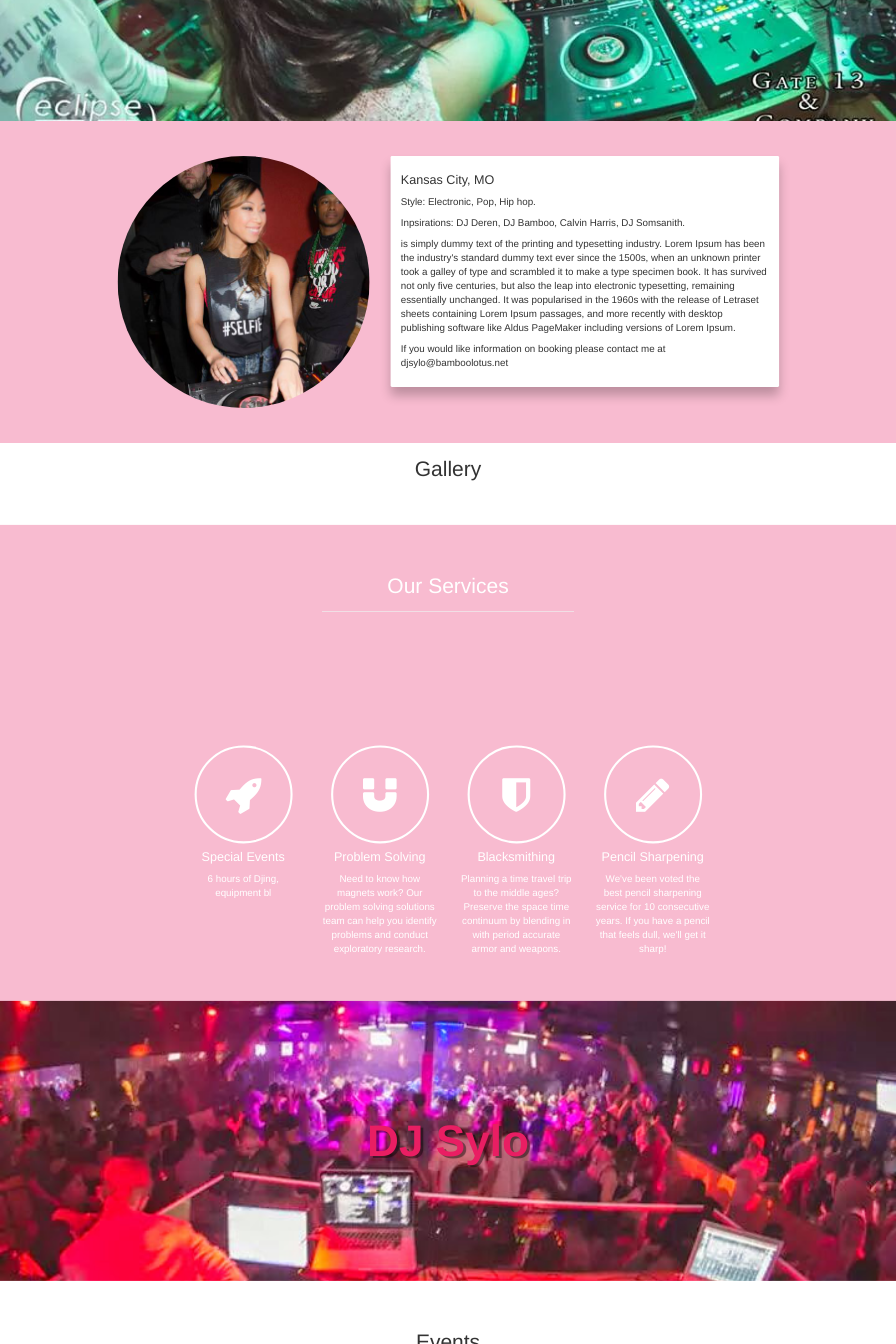
Repository: BambooXLotus/DjSylo
Page: client/index.html
The author's editor kept a record of every edit. The page is drawn from the files as they stood at one moment, then again after the next edit.
The browser window is 1280 px wide. The pictures show the part of the page from y = 547 to 2467 px (the page is 4263 px tall before and 4329 px after), at 70% of full size.
Pictures or frames that could not be fetched are drawn as grey boxes. Some icons come from a web library that is not loaded, so they are not drawn. Backgrounds fixed to the window are drawn as part of the page. Some web libraries are served in a nearby version.

Above is the page before.
Not found: client/less.js

### client/index.html
<!DOCTYPE html>
<html lang="en">

<head>
    <meta charset="utf-8">
    <meta name="viewport" content="width=device-width, initial-scale=1.0">
    <meta name="description" content="">
    <meta name="author" content="">
    <title>DJ Sylo</title>
    <!-- Bootstrap core CSS
        -->
    <link href="css/bootstrap.css" rel="stylesheet">
    <!-- Add custom CSS here -->
    <script src="less.js" type="text/javascript"></script>
    <link href="css/stylish-portfolio.css" rel="stylesheet">
    <link href="//maxcdn.bootstrapcdn.com/font-awesome/4.1.0/css/font-awesome.min.css" rel="stylesheet">
    <link href="css/nanogallery.min.css" rel="stylesheet" type="text/css">
</head>

<body>
    <!-- Side Menu -->
    <nav class="navbar navbar-fixed-top navbar-inverse" role="navigation">
        <div class="container">
            <div class="navbar-header">
                <button type="button" class="navbar-toggle" data-toggle="collapse" data-target=".navbar-ex1-collapse">
                    <span class="sr-only">Toggle navigation</span>
                    <span class="icon-bar"></span>
                    <span class="icon-bar"></span>
                    <span class="icon-bar"></span>
                </button>
                <a class="navbar-brand" href="index.php">DJ <b>Sylo</b></a>
            </div>
            <!-- Collect the nav links, forms, and other content for toggling -->
            <div class="collapse navbar-collapse navbar-ex1-collapse">
                <ul class="nav navbar-nav">
                    <li>
                        <a href="#top">Home</a>
                    </li>
                    <li>
                        <a href="#about">About</a>
                    </li>
                    <li>
                        <a href="#gallery">Gallery</a>
                    </li>
                    <li>
                        <a href="#services">Events</a>
                    </li>
                    <li>
                        <a href="#portfolio">Equipment</a>
                    </li>
                    <li>
                        <a href="#portfolio">Discography</a>
                    </li>
                    <li>
                        <a href="#contact">Contact</a>
                    </li>
                </ul>
            </div>
            <!-- /.navbar-collapse -->
        </div>
        <!-- /.container -->
    </nav>
    <!-- /Side Menu -->
    <!-- Full Page Image Header Area -->
    <div id="top" class="header">
        <div class="vert-text">
            <div class="hero">
                <h1>DJ <b>Sylo</b></h1>
                <a href="#contact" class="btn btn-lg btn-default">Contact</a>
            </div>
        </div>
    </div>
    <!-- /Full Page Image Header Area -->
    <!-- Intro -->
    <div id="about" class="about">
        <div class="container">
            <div class="row">
                <div class="col-md-4 col-md-offset-1">
                    <img class="img-circle img-responsive" src="img/portrait-sm.jpg">
                </div>
                <div class="col-md-6 col-xs-12">
                    <div class="panel panel-default dialog">
                    <div class="panel-header">

                    </div>
                        <div class="panel-body">
                            <h4>Kansas City, MO</h4>
                            <p>Style: Electronic, Pop, Hip hop.</p>
                            <p>Inpsirations: DJ Deren, DJ Bamboo, Calvin Harris, DJ Somsanith.</p>
                            <p>is simply dummy text of the printing and typesetting industry. Lorem Ipsum has been the industry's standard dummy text ever since the 1500s, when an unknown printer took a galley of type and scrambled it to make a type specimen
                                book. It has survived not only five centuries, but also the leap into electronic typesetting, remaining essentially unchanged. It was popularised in the 1960s with the release of Letraset sheets containing Lorem Ipsum passages,
                                and more recently with desktop publishing software like Aldus PageMaker including versions of Lorem Ipsum.</p>

                            <p>If you would like information on booking please contact me at djsylo@bamboolotus.net</p>
                        </div>
                    </div>
                </div>
            </div>
        </div>
    </div>
    <!-- /Intro -->
    <!-- Gallery -->
    <div id="gallery" class="gallery">
        <div class="container">
            <div class="row">
                <div class="col-md-6 col-md-offset-3 text-center">
                    <h2>Gallery</h2>
                </div>
            </div>
            <div class="row">
                <div class="col-md-10 col-md-offset-1 col-xs-12 text-center">
                    <div id="nanoGallery2"></div>
                </div>
            </div>
        </div>
    </div>
    <!-- /Gallery -->
    <!-- Services -->
    <div id="services" class="services">
        <div class="container">
            <div class="row">
                <div class="col-md-4 col-md-offset-4 text-center">
                    <h2>Our Services</h2>
                    <hr>
                </div>
            </div>
            <div class="row">
                <div class="col-md-offset-3 col-md-6">
                    <iframe width="100%" height="166" scrolling="no" frameborder="no" src="https://w.soundcloud.com/player/?url=https%3A//api.soundcloud.com/tracks/160960689&amp;color=ff5500&amp;auto_play=false&amp;hide_related=false&amp;show_comments=true&amp;show_user=true&amp;show_reposts=false"></iframe>
                </div>
            </div>
            <div class="row">
                <div class="col-md-2 col-md-offset-2 text-center">
                    <div class="service-item">
                        <i class="service-icon fa fa-rocket"></i>
                        <h4>Special Events</h4>
                        <p>6 hours of Djing, equipment bl</p>
                    </div>
                </div>
                <div class="col-md-2 text-center">
                    <div class="service-item">
                        <i class="service-icon fa fa-magnet"></i>
                        <h4>Problem Solving</h4>
                        <p>Need to know how magnets work? Our problem solving solutions team can help you identify problems and conduct exploratory research.</p>
                    </div>
                </div>
                <div class="col-md-2 text-center">
                    <div class="service-item">
                        <i class="service-icon fa fa-shield"></i>
                        <h4>Blacksmithing</h4>
                        <p>Planning a time travel trip to the middle ages? Preserve the space time continuum by blending in with period accurate armor and weapons.</p>
                    </div>
                </div>
                <div class="col-md-2 text-center">
                    <div class="service-item">
                        <i class="service-icon fa fa-pencil"></i>
                        <h4>Pencil Sharpening</h4>
                        <p>We've been voted the best pencil sharpening service for 10 consecutive years. If you have a pencil that feels dull, we'll get it sharp!</p>
                    </div>
                </div>
            </div>
        </div>
    </div>
    <!-- /Services -->
    <!-- Callout -->
    <div class="callout">
        <div class="vert-text">
            <h1>DJ Sylo</h1>
        </div>
    </div>
    <!-- /Callout -->
    <!-- Portfolio -->
    <div id="portfolio" class="portfolio">
        <div class="container">
            <div class="row">
                <div class="col-md-4 col-md-offset-4 text-center">
                    <h2>Events</h2>
                    <hr>
                </div>
            </div>
            <div class="row">
                <div class="col-md-4 col-md-offset-2 text-center">
                    <div class="portfolio-item">
                        <a href="#">

                            <img class="img-portfolio img-responsive" src="img/portfolio-1.jpg">

                        </a>
                        <h4>A Club Name 9/13/2013</h4>
                    </div>
                </div>
                <div class="col-md-4 text-center">
                    <div class="portfolio-item">
                        <a href="#">

                            <img class="img-portfolio img-responsive" src="img/portfolio-2.jpg">

                        </a>
                        <h4>Jokers 2014</h4>
                    </div>
                </div>
            </div>
            <div class="row">
                <div class="col-md-4 col-md-offset-2 text-center">
                    <div class="portfolio-item">
                        <a href="#">

                            <img class="img-portfolio img-responsive" src="img/portfolio-3.jpg">

                        </a>
                        <h4>Cafe Mood</h4>
                    </div>
                </div>
                <div class="col-md-4 text-center">
                    <div class="portfolio-item">
                        <a href="#">

                            <img class="img-portfolio img-responsive" src="img/portfolio-4.jpg">

                        </a>
                        <h4>Power and Light 2015</h4>
                    </div>
                </div>
            </div>
        </div>
    </div>
    <!-- /Portfolio -->
    <!-- Call to Action -->
    <div class="call-to-action">
        <div class="container">
            <div class="row">
                <div class="col-md-6 col-md-offset-3 text-center">
                    <h3>The buttons below are impossible to resist.</h3>
                    <a href="#" class="btn btn-lg btn-default">Click Me!</a>
                    <a href="#" class="btn btn-lg btn-primary">Look at Me!</a>
                </div>
            </div>
        </div>
    </div>
    <!-- /Call to Action -->
    <!-- Map -->
    <div id="contact">
        <div class="container">
            <div class="row">
                <div class="col-md-6 col-md-offset-3">
                    <h3>Contact</h3>
                    <hr>
                    <address>
                            <strong>Email:</strong>
                            <a href="mailto:#">djsylo@bamboolotus.net</a>
                            <br>
                            <br>
                            <strong>Phone:</strong>(515) 329-2323</address>
                </div>
            </div>
            <div>
                <div class="col-md-6 col-md-offset-3 contact-form">
                    <form id="contact" method="post" class="form" role="form">
                        <div class="row">
                            <div class="col-xs-6 col-md-6 form-group">
                                <input class="form-control" id="name" name="name" placeholder="Name" type="text" />
                            </div>
                            <div class="col-xs-6 col-md-6 form-group">
                                <input class="form-control" id="email" name="email" placeholder="Email" type="email" required />
                            </div>
                        </div>
                        <textarea class="form-control" id="message" name="message" placeholder="Message" rows="5"></textarea>
                        <br />
                        <div class="row">
                            <div class="col-xs-12 col-md-12 form-group">
                                <button class="btn btn-primary pull-right" type="submit">Submit</button>
                            </div>
                        </div>
                    </form>
                </div>
            </div>
        </div>
    </div>
    <!-- /Map -->
    <!-- Footer -->
    <footer>
        <div class="container">
            <div class="row">
                <div class="col-md-6 col-md-offset-3 text-center">
                    <ul class="list-inline">
                        <li>
                            <i class="fa fa-facebook fa-3x"></i>
                        </li>
                        <li>
                            <i class="fa fa-twitter fa-3x"></i>
                        </li>
                        <li>
                            <i class="fa fa-instagram fa-3x"></i>
                        </li>
                        <li>
                            <a class="fa fa-soundcloud fa-3x" href="https://soundcloud.com/bambooproduction/sets">
                                </i>
                        </li>
                    </ul>
                    <div class="top-scroll">
                        <a href="#top"><i class="fa fa-circle-arrow-up scroll fa-4x"></i></a>
                    </div>
                    <hr>
                    <p>Copyright &copy; Company 2013</p>
                </div>
            </div>
        </div>
    </footer>
    <!-- /Footer -->
    <!-- JavaScript -->
    <script src="js/jquery-1.10.2.js"></script>
    <script src="js/bootstrap.js"></script>

    <!-- nanoGALLERY plugin files -->
    <script type="text/javascript" src="js/jquery.nanogallery.min.js"></script>
    <!-- Custom JavaScript for the Side Menu and Smooth Scrolling
        -->
    <script>
        $("#menu-close").click(function(e) {
            e.preventDefault();
            $("#sidebar-wrapper").toggleClass("active");
        });
    </script>
    <script>
        $("#menu-toggle").click(function(e) {
            e.preventDefault();
            $("#sidebar-wrapper").toggleClass("active");
        });
    </script>
    <script>
        $(function() {
            $('a[href*=#]:not([href=#])').click(function() {
                if (location.pathname.replace(/^\//, '') == this.pathname.replace(/^\//, '') || location.hostname == this.hostname) {

                    var target = $(this.hash);
                    target = target.length ? target : $('[name=' + this.hash.slice(1) + ']');
                    if (target.length) {
                        $('html,body').animate({
                            scrollTop: target.offset().top
                        }, 1000);
                        return false;
                    }
                }
            });

            $("#nanoGallery2").nanoGallery({
                thumbnailWidth: 'auto',
                thumbnailHeight: 200,
                userID: 'derensomsanith@gmail.com',
                kind: 'picasa',
                album: '6020738059883313137',
                colorSchemeViewer: 'light',
                thumbnailHoverEffect: [{
                    name: 'labelAppear75',
                    duration: 300
                }],
                thumbnailGutterWidth: 1,
                thumbnailGutterHeight: 1,
                i18n: {
                    thumbnailImageDescription: 'View Photo',
                    thumbnailAlbumDescription: 'Open Album'
                },
                thumbnailLabel: {
                    display: true,
                    position: 'overImageOnMiddle',
                    align: 'center'
                },
                photoSorting: 'random',
                lazyBuild: 'loadData',
                lazyBuildTreshold: 300
            });

        });
    </script>
</body>

</html>

### client/css/stylish-portfolio.css
/* Global Styles */

html,
body {
  height: 100%;
  width: 100%;
}
h1 {
  color: #e91e63;
  text-shadow: 4px 4px 1px rgba(0, 0, 0, 0.45);
}
h3 {
  color: #e91e63;
  text-shadow: 4px 4px 1px rgba(0, 0, 0, 0.45);
  font-weight: bold;
}
.vert-text {
  display: table-cell;
  vertical-align: middle;
  text-align: center;
}
.vert-text h1 {
  padding: 0;
  margin: 0;
  font-size: 4.5em;
  font-weight: 700;
}
/* Side Menu */

#sidebar-wrapper {
  margin-right: -250px;
  right: 0;
  width: 250px;
  background: #000;
  position: fixed;
  height: 100%;
  overflow-y: auto;
  z-index: 1000;
  -webkit-transition: all 0.4s ease 0s;
  -moz-transition: all 0.4s ease 0s;
  -ms-transition: all 0.4s ease 0s;
  -o-transition: all 0.4s ease 0s;
  transition: all 0.4s ease 0s;
}
.sidebar-nav {
  position: absolute;
  top: 0;
  width: 250px;
  list-style: none;
  margin: 0;
  padding: 0;
}
.sidebar-nav li {
  line-height: 40px;
  text-indent: 20px;
}
.sidebar-nav li a {
  color: #999999;
  display: block;
  text-decoration: none;
}
.sidebar-nav li a:hover {
  color: #fff;
  background: rgba(255, 255, 255, 0.2);
  text-decoration: none;
}
.sidebar-nav li a:active,
.sidebar-nav li a:focus {
  text-decoration: none;
}
.sidebar-nav > .sidebar-brand {
  height: 55px;
  line-height: 55px;
  font-size: 18px;
}
.sidebar-nav > .sidebar-brand a {
  color: #999999;
}
.sidebar-nav > .sidebar-brand a:hover {
  color: #fff;
  background: none;
}
#menu-toggle {
  top: 0;
  right: 0;
  position: fixed;
  z-index: 1;
}
#sidebar-wrapper.active {
  right: 250px;
  width: 250px;
  -webkit-transition: all 0.4s ease 0s;
  -moz-transition: all 0.4s ease 0s;
  -ms-transition: all 0.4s ease 0s;
  -o-transition: all 0.4s ease 0s;
  transition: all 0.4s ease 0s;
}
.toggle {
  margin: 5px 5px 0 0;
}
/* Full Page Image Header Area */

.header {
  display: table;
  height: 100%;
  width: 100%;
  position: relative;
  background: url(../img/DJSyloJumbotron.jpeg) no-repeat center center fixed;
  -webkit-background-size: cover;
  -moz-background-size: cover;
  -o-background-size: cover;
  background-size: cover;
}
/* Intro */

.intro {
  padding: 50px 0;
}
/* About */

.about {
  background: #f8bbd0;
  padding: 50px 0;
}
/* Services */

.services {
  background: #f8bbd0;
  padding: 50px 0;
  color: #ffffff;
}
.service-item {
  margin-bottom: 15px;
}
i.service-icon {
  border: 3px solid #ffffff;
  border-radius: 50%;
  display: inline-block;
  font-size: 56px;
  width: 140px;
  height: 140px;
  line-height: 136px;
  vertical-align: middle;
  text-align: center;
}
/* Callout */

.callout {
  color: #ffffff;
  display: table;
  height: 400px;
  width: 100%;
  background: url(../img/callout_DJSylo.jpeg) no-repeat center center fixed;
  -webkit-background-size: cover;
  -moz-background-size: cover;
  -o-background-size: cover;
  background-size: cover;
}
/* Portfolio */

.portfolio {
  padding: 50px 0;
}
.portfolio-item {
  margin-bottom: 25px;
}
.img-portfolio {
  margin: 0 auto;
}
/* Call to Action */

.call-to-action {
  color: #ffffff;
  background: #ec407a;
  padding: 50px 0;
}
.call-to-action .btn {
  margin: 10px;
}
/* Map */

.map {
  height: 500px;
}
/* Footer */

footer {
  padding: 100px 0;
}
.top-scroll {
  margin-top: 50px;
}
.top-scroll a {
  text-decoration: none;
  color: inherit;
}
i.scroll {
  color: #333333;
}
i.scroll:hover {
  color: #0a5175;
}
/* Responsive */

@media (max-width: 768px) {
  .header {
    background: url(../img/DJSyloJumbotron.jpeg) no-repeat center center scroll;
  }
  .callout {
    background: url(../img/callout_DJSylo.jpeg) no-repeat center center scroll;
  }
  .map {
    height: 75%;
  }
}
html,
body {
  height: 100%;
}
.carousel,
.item,
.active {
  height: 100%;
}
.carousel-inner {
  height: 100%;
}
.fill {
  width: 100%;
  height: 100%;
  background-position: center;
  background-size: cover;
}
/* faster sliding speed */

.carousel-inner > .item {
  -webkit-transition: 0.3s ease-in-out left;
  -moz-transition: 0.3s ease-in-out left;
  -o-transition: 0.3s ease-in-out left;
  transition: 0.3s ease-in-out left;
}
/* keep full widget on smaller screens */

@media (max-width: 767px) {
  body {
    padding-left: 0;
    padding-right: 0;
  }
}
#galleryContainer {
  background: #DDD;
  max-width: 1000px;
  max-height: 500px;
}
.item img {
  width: 50%;
}
.item.w2 {
  width: 25%;
}

.panel-heading{
  background-color: transparent !important;
  border-bottom: 0px;
}

.circle-shadow{
      box-shadow: 0 19px 38px rgba(0,0,0,0.30);
}

    /* Card, Dialog */
    .card, .dialog {
      border-radius: 2px;
      border: 0px;
      position: relative;
      display: inline-block;
      vertical-align: top;
      background-color: #fff;
      box-shadow: 0 12px 15px 0 rgba(0, 0, 0, 0.24);
    }

Loaded but not shown: client/css/bootstrap.css (library); client/css/nanogallery.min.css (library); client/js/jquery-1.10.2.js (library); client/js/bootstrap.js (library); client/js/jquery.nanogallery.min.js (library)

After the next edit:
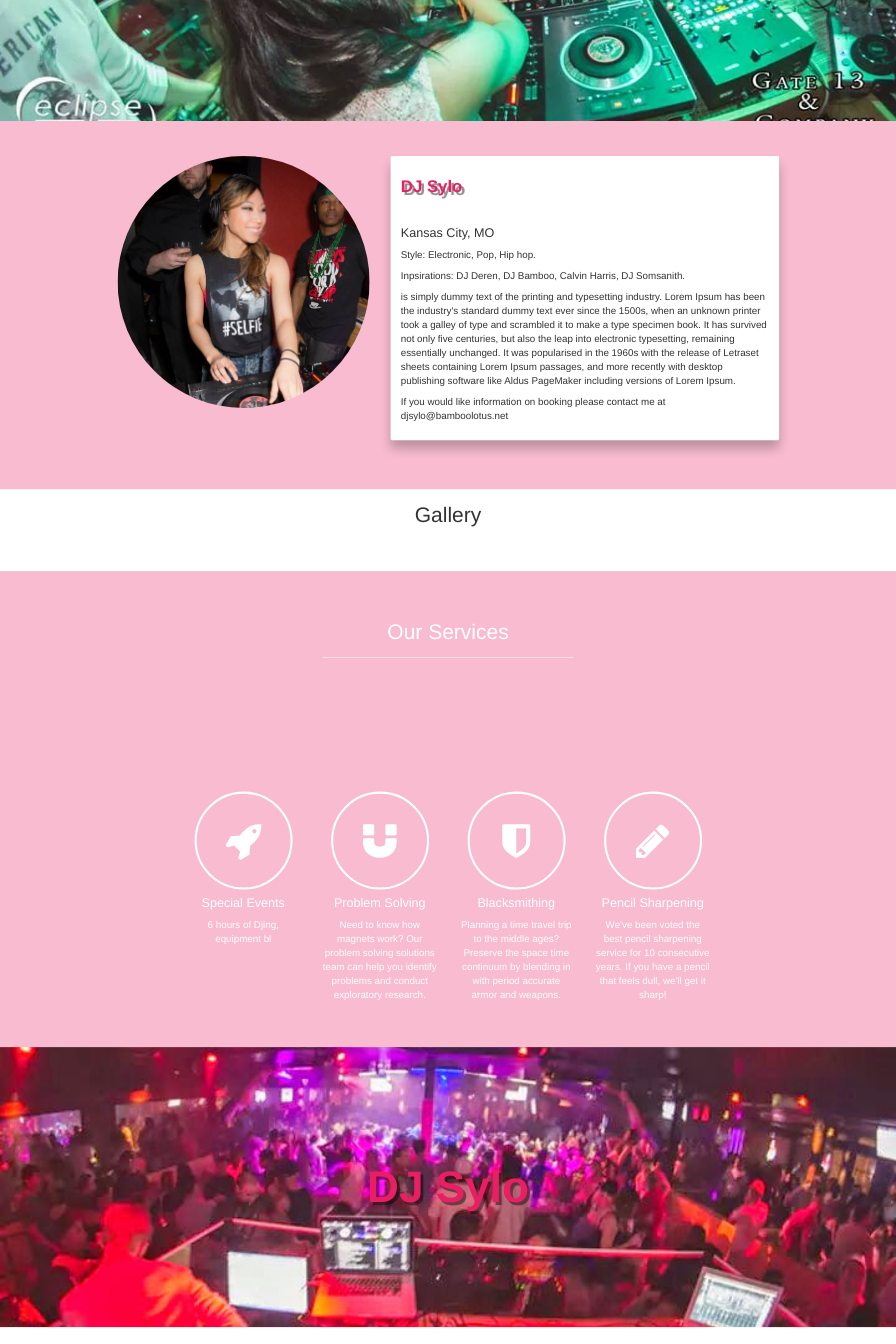
The edit:
--- a/client/index.html
+++ b/client/index.html
@@ -80,8 +80,8 @@
                 </div>
                 <div class="col-md-6 col-xs-12">
                     <div class="panel panel-default dialog">
-                    <div class="panel-header">
-
+                    <div class="panel-heading">
+                                                    <h3>DJ Sylo</h3>
                     </div>
                         <div class="panel-body">
                             <h4>Kansas City, MO</h4>
